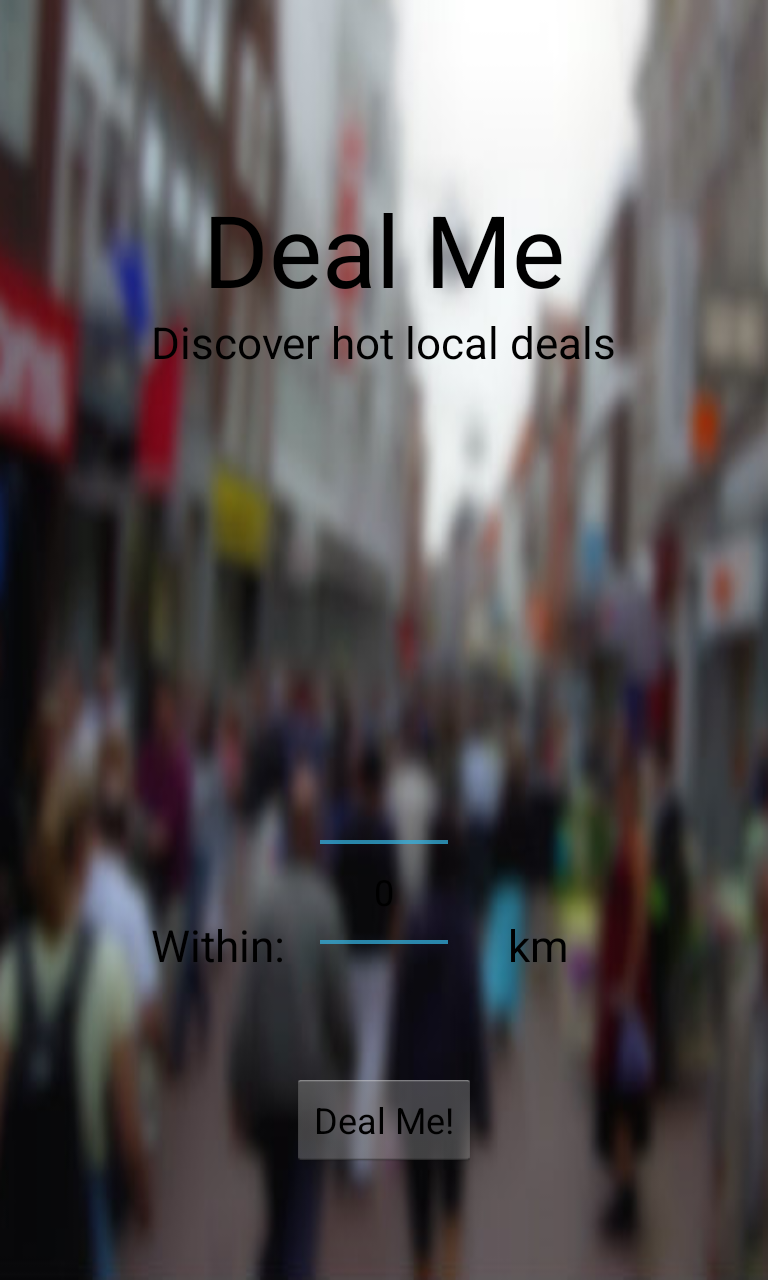
Repository: vmathur/mchacks
Layout: mobile/DealMe/res/layout/activity_main.xml
These files come from the project's save history. The layout is drawn as it stood at one moment and after the next save; the edit follows.
It is drawn on a 768 x 1280 px phone screen (xhdpi) without system bars, with theme AppTheme; the app's code is not run.

Above is the layout before, as saved 2014-02-23 05:05:46.

After the next save:
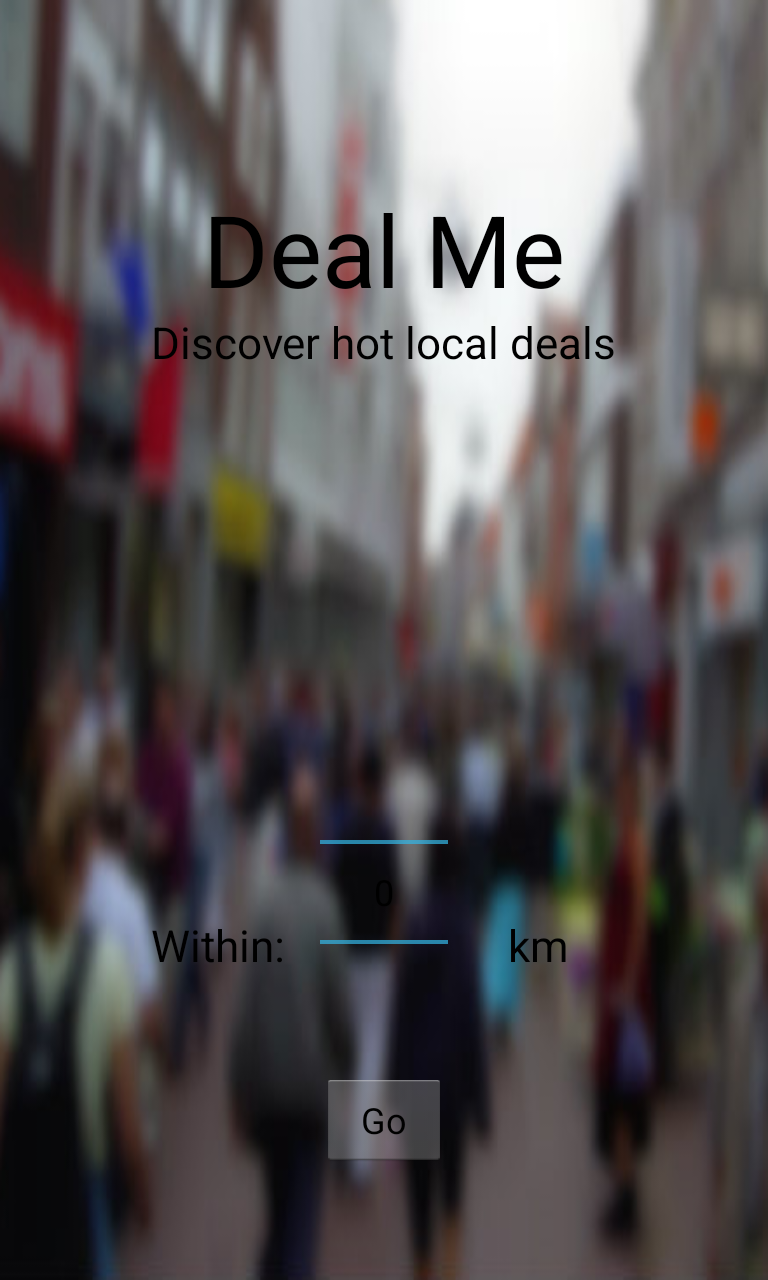
Saved 8 s later.
--- a/mobile/DealMe/res/layout/activity_main.xml
+++ b/mobile/DealMe/res/layout/activity_main.xml
@@ -44,7 +44,7 @@
         android:layout_alignParentBottom="true"
         android:layout_centerHorizontal="true"
         android:layout_marginBottom="40dp"
-        android:text="Deal Me!" />
+        android:text="Go" />
 
 
 
